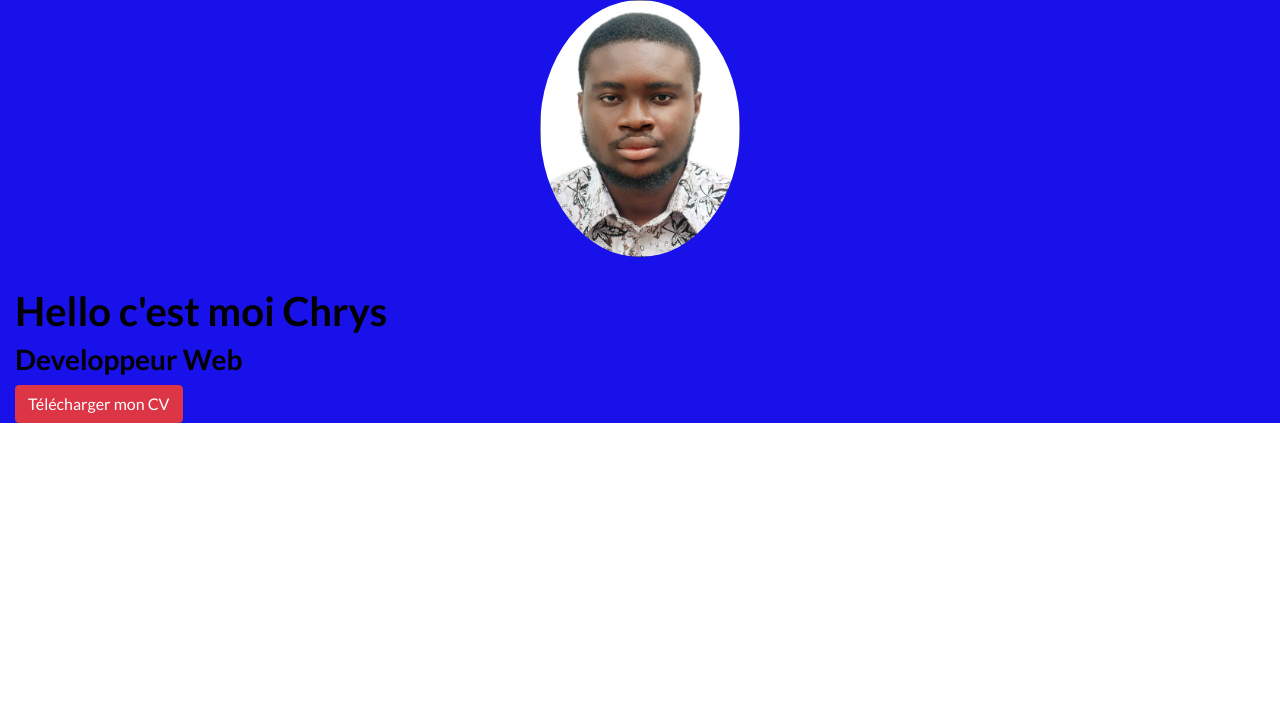
Repository: CHRYSOVR/CV_en_ligne_Interactif
Page: index.html
An editor plug-in stored every save of this project. The page is shown before and after the next save, followed by the edit.
The browser window is 1280 px wide. The pictures show the whole page.

Above is the page before, as saved 2025-07-07 15:05:44.
Console error: TypeError: Cannot read properties of undefined (reading 'fn')

### index.html
<!DOCTYPE html>
<html lang="fr">
<head>
    <meta charset="UTF-8">
    <meta name="viewport" content="width=device-width, initial-scale=1.0">
    <link rel="preconnect" href="https://fonts.googleapis.com">
<link rel="preconnect" href="https://fonts.gstatic.com" crossorigin>
<link href="https://fonts.googleapis.com/css2?family=Lato:ital,wght@0,100;0,300;0,400;0,700;0,900;1,100;1,300;1,400;1,700;1,900&display=swap" rel="stylesheet">
<link rel="stylesheet" href="https://cdn.jsdelivr.net/npm/bootstrap@4.0.0/dist/css/bootstrap.min.css" integrity="sha384-Gn5384xqQ1aoWXA+058RXPxPg6fy4IWvTNh0E263XmFcJlSAwiGgFAW/dAiS6JXm" crossorigin="anonymous">
<script src="https://cdn.jsdelivr.net/npm/bootstrap@4.0.0/dist/js/bootstrap.min.js" integrity="sha384-JZR6Spejh4U02d8jOt6vLEHfe/JQGiRRSQQxSfFWpi1MquVdAyjUar5+76PVCmYl" crossorigin="anonymous"></script>
    <link rel="stylesheet" href="css/style.css">
    <script src="js/script.js"></script>
    <title>CV SANNE-TIA</title>
</head>
<body>
  <section id="about" class="container-fluid">
    <div class="profile-picture" ><img src="images/Me.JPG" alt="photo sanne-tia" class="rounded-circle"width="200" ></div>
        <h1>Hello c'est moi Chrys</h1 >
     <h3>Developpeur Web</h3>
     <a href="documents/CV_Sanne-Tia.pdf" class="btn btn-danger" target="_blank">Télécharger mon CV</a>
  </div>
    </section>
</body>
</html>

### css/style.css
/*GENERAL*/

body{
    font-family: 'Lato', sans-serif;

}
h1,h2,h3,h4,h5,h6{
    font-weight: bold;
    color:black;
}
/*ABOUT*/
#about{
    background-color: #1911e9;

}
.profile-picture{
    text-align: center;
    margin: 0 auto 30px;

}

Loaded but not shown: js/script.js (no stored copy; drawn as an empty file)

After the next save:
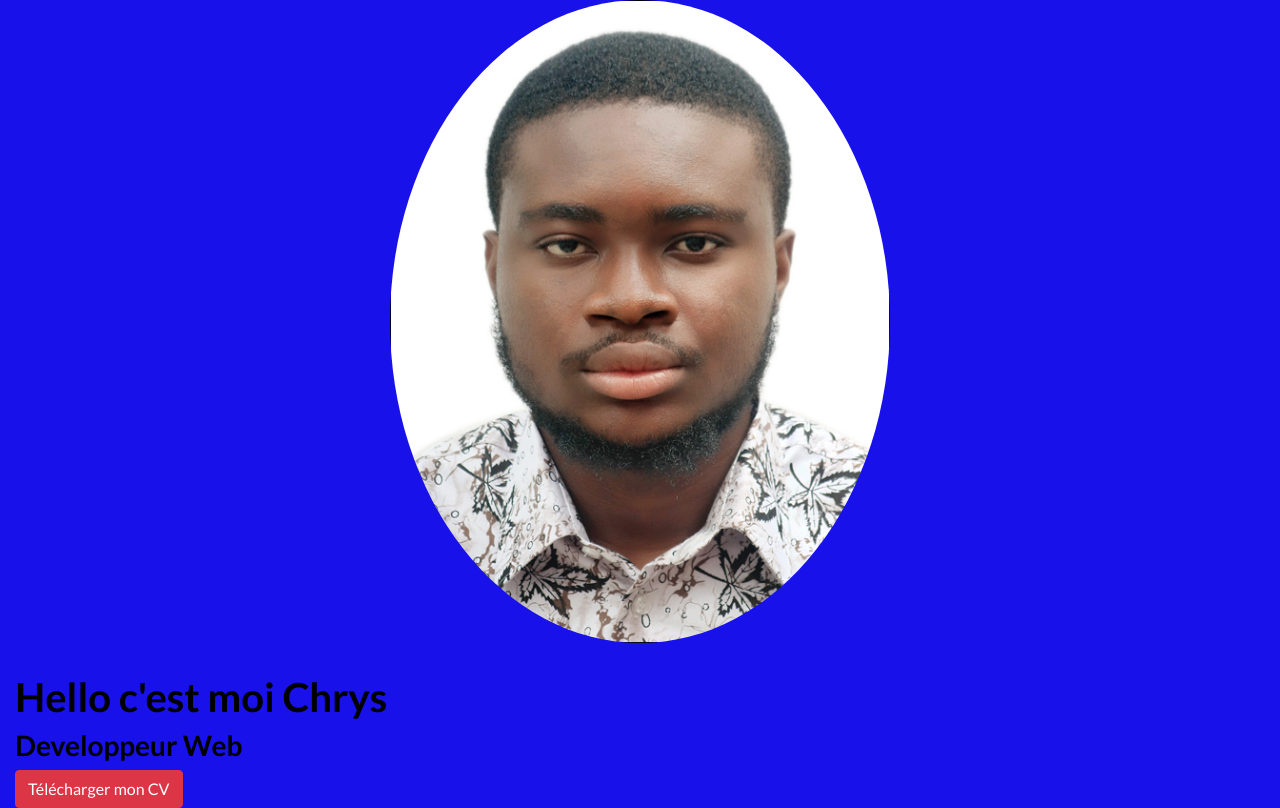
Saved 22 s later.
--- a/index.html
+++ b/index.html
@@ -14,7 +14,7 @@
 </head>
 <body>
   <section id="about" class="container-fluid">
-    <div class="profile-picture" ><img src="images/Me.JPG" alt="photo sanne-tia" class="rounded-circle"width="200" ></div>
+    <div class="profile-picture" ><img src="images/Me.JPG" alt="photo sanne-tia" class="rounded-circle"width="500" ></div>
         <h1>Hello c'est moi Chrys</h1 >
      <h3>Developpeur Web</h3>
      <a href="documents/CV_Sanne-Tia.pdf" class="btn btn-danger" target="_blank">Télécharger mon CV</a>
